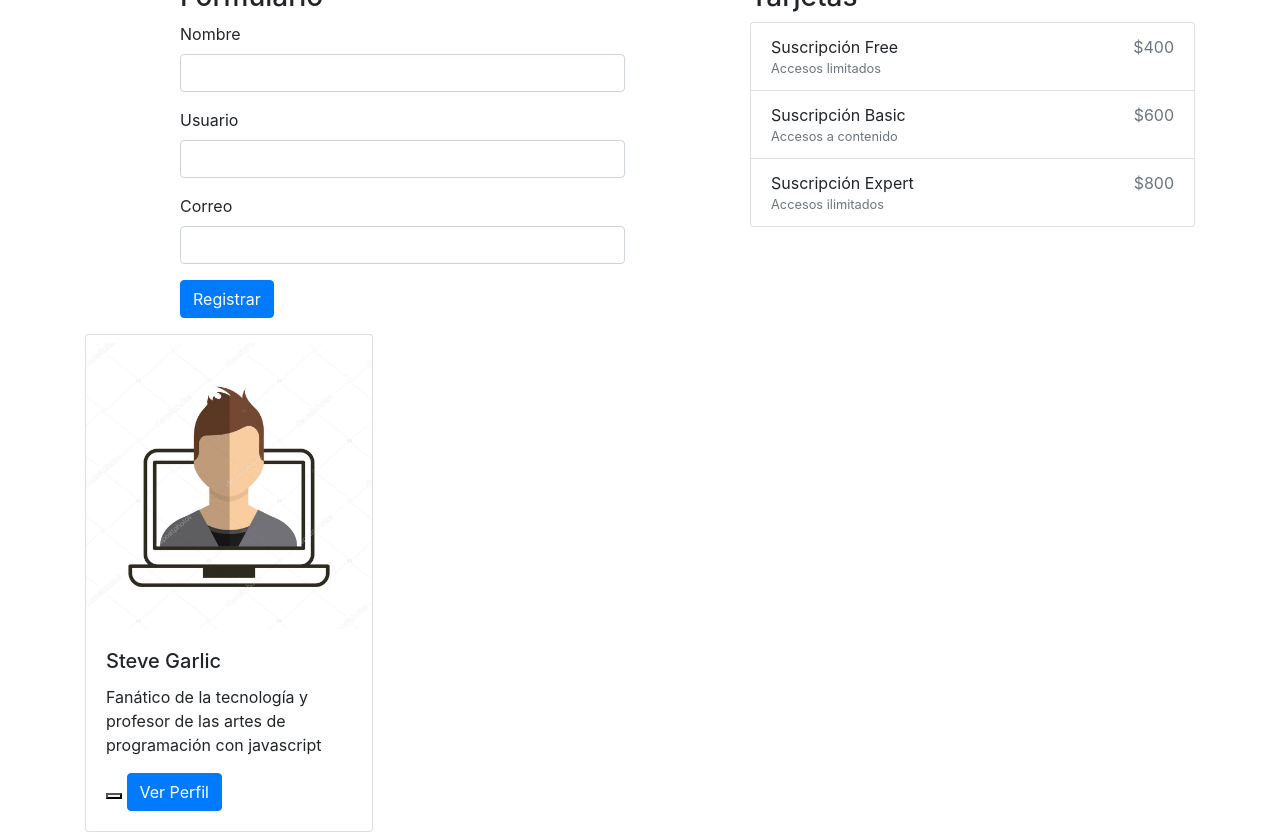
Repository: pedro-donoso/manipulacion-dom
Page: index.html
These files come from the project's save history. The page is drawn as it stood at one moment and after a run of saves; the edit follows.
The browser window is 1280 px wide. The pictures show the part of the page from y = 536 to 1374 px (the page is 1368 px tall before and 1374 px after).
A picture or video elsewhere on the page could not be fetched, so the positions and the page height are approximate.

Above is the page before, as saved 2024-02-06 01:34:47.

### index.html
<!doctype html>
<html lang="es">

<head>
    <!-- Required meta tags -->
    <meta charset="utf-8">
    <meta name="viewport" content="width=device-width, initial-scale=1, shrink-to-fit=no">

    <!-- Bootstrap CSS -->
    <link rel="stylesheet" href="https://cdn.jsdelivr.net/npm/bootstrap@4.3.1/dist/css/bootstrap.min.css"
        integrity="sha384-ggOyR0iXCbMQv3Xipma34MD+dH/1fQ784/j6cY/iJTQUOhcWr7x9JvoRxT2MZw1T" crossorigin="anonymous">

    <title>Manipulación del DOM</title>
</head>

<body>

    <main class="container">
        <!-- 1- AGREGO CLASE container PARA MANIPULAR ESTE PÁRRAFO -->
        <div class="row mt-5 text-center" id="contenedor">
            <div class="col-12 col-md-8 offset-md-2">
                <h1>Manipulación del DOM</h1>
                <p>
                    El DOM es una API definida para representar e interactuar con cualquier documento HTML. El DOM es un
                    modelo de documento que se carga en el navegador web y que representa el documento como un árbol de
                    nodos, en donde cada nodo representa una parte del documento (puede tratarse de un elemento, una
                    cadena de texto o un comentario)
                </p>
            </div>
        </div>
        <div class="row">
            <div class="col-12 col-md-5 offset-md-1">
                <h3>Formulario</h3>
                <!-- 15- CREO EVENTO onsubmit PARA CAPTURAR form, con la función modificarAutor (creada en app.js) para que reciba los datos -->
                <form onsubmit="modificarAutor(event)">
                    <label>Nombre</label>
                    <input type="text" class="form-control mb-3">
                    <label>Usuario</label>
                    <input type="text" class="form-control mb-3">
                    <label>Correo</label>
                    <input type="email" class="form-control mb-3">
                    <div>
                        <button class="btn btn-primary mb-3">Registrar</button>
                    </div>
                </form>
            </div>
            <div class="col-12 col-md-5 offset-md-1">
                <h3>Tarjetas</h3>
                <div class="card">
                    <ul class="list-group list-group-flush">
                        <li class="list-group-item d-flex justify-content-between">
                            <div class="d-flex flex-column">
                                <span>Suscripción Free</span>
                                <small class="text-muted">Accesos limitados</small>
                            </div>
                            <div>
                                <span class="text-muted">$400</span>
                            </div>
                        </li>
                        <li class="list-group-item d-flex justify-content-between">
                            <div class="d-flex flex-column">
                                <span>Suscripción Basic</span>
                                <small class="text-muted">Accesos a contenido</small>
                            </div>
                            <div>
                                <span class="text-muted">$600</span>
                            </div>
                        </li>
                        <li class="list-group-item d-flex justify-content-between">
                            <div class="d-flex flex-column">
                                <span>Suscripción Expert</span>
                                <small class="text-muted">Accesos ilimitados</small>
                            </div>
                            <div>
                                <span class="text-muted">$800</span>
                            </div>
                        </li>
                    </ul>
                </div>
            </div>
        </div>
        <!-- 8- AGREGO CARD -->
        <!-- 13- AGREGO ID PARA CAPTURAR CONTENEDOR -->
        <div class="row" id="contenedor_tarjeta">

        </div>
    </main>

    <!-- Optional JavaScript -->
    <!-- jQuery first, then Popper.js, then Bootstrap JS -->
    <script src="https://code.jquery.com/jquery-3.3.1.slim.min.js"
        integrity="sha384-q8i/X+965DzO0rT7abK41JStQIAqVgRVzpbzo5smXKp4YfRvH+8abtTE1Pi6jizo"
        crossorigin="anonymous"></script>
    <script src="https://cdn.jsdelivr.net/npm/popper.js@1.14.7/dist/umd/popper.min.js"
        integrity="sha384-UO2eT0CpHqdSJQ6hJty5KVphtPhzWj9WO1clHTMGa3JDZwrnQq4sF86dIHNDz0W1"
        crossorigin="anonymous"></script>
    <script src="https://cdn.jsdelivr.net/npm/bootstrap@4.3.1/dist/js/bootstrap.min.js"
        integrity="sha384-JjSmVgyd0p3pXB1rRibZUAYoIIy6OrQ6VrjIEaFf/nJGzIxFDsf4x0xIM+B07jRM"
        crossorigin="anonymous"></script>

    <script src="./app.js"></script>
</body>

</html>

### app.js
// 2- CREO VARIABLE PARA MANIPULAR HTML
let contenedor = document.querySelector("#contenedor");

// 3- CREAR ELEMENTO SUBTITULO Y LE AGREGO PROPIEDADES
let subtitulo = document.createElement("h2");
subtitulo.innerText = "Árbol de nodos";

// 4- OBTENER EL CUERPO DEL DOCUMENTO
let body = document.body;

// 5- AGREGAR EL NUEVO ELEMENTO AL CUERPO DEL DOCUMENTO
body.appendChild(subtitulo);

// 6- AGREGO IMAGEN
let imagen = document.createElement("img");
imagen.src="https://www.freecodecamp.org/news/content/images/2021/09/Document.jpg";
imagen.width="400";
imagen.alt="árbol de nodos";

// 7- AGREGO ELEMENTOS AL CONTENEDOR
contenedor.append(subtitulo,imagen)

// 13- AGREGO CONSTRUCTOR
const autor={
    nombre:'Steve Garlic',
    descripcion:'Fanático de la tecnología y profesor de las artes de programación con javascript',
    imagen:'./img/icono.jpg'
}

// 9- CREO ESTRUCTURA DEL CODIGO
let columnaTarjeta = document.createElement('div')
columnaTarjeta.className='col'

// 10- CREO TEMPLATE STRING DEL CONTENIDO DE LA TARJETA AUTOR
// 14- AGREGO DATOS DEL CONSTRUCTOR (13)
let tarjetaAutor = ` <div class="card" style="width: 18rem;">
        <img class="card-img-top pt-2" src="${autor.imagen}" alt="Card image cap">
        <div class="card-body">
            <h5 class="card-title">${autor.nombre}</h5>
            <p class="card-text">${autor.descripcion}</p>
            <button></button>
            <a href="#" class="btn btn-primary">Ver Perfil</a>
        </div>
    </div>`;

    // 11- AGREGO TEMPLATE STRING A columnaTarjeta (HIJO)
    columnaTarjeta.innerHTML = tarjetaAutor;

    // 12- AGREGO columnaTarjeta AL CONTENEDOR (PADRE) MEDIANTE LA SELECCIÓN DEL ID #contenedor_tarjeta
    document.querySelector("#contenedor_tarjeta").append(columnaTarjeta)

    // 16- Creo constante modificarAutor para agregarla al form en index.html, la función recibirá un evento
    const modificarAutor=(event)=>{
        console.log(event);
        event.preventDefault();
    }

After the next 2 saves:
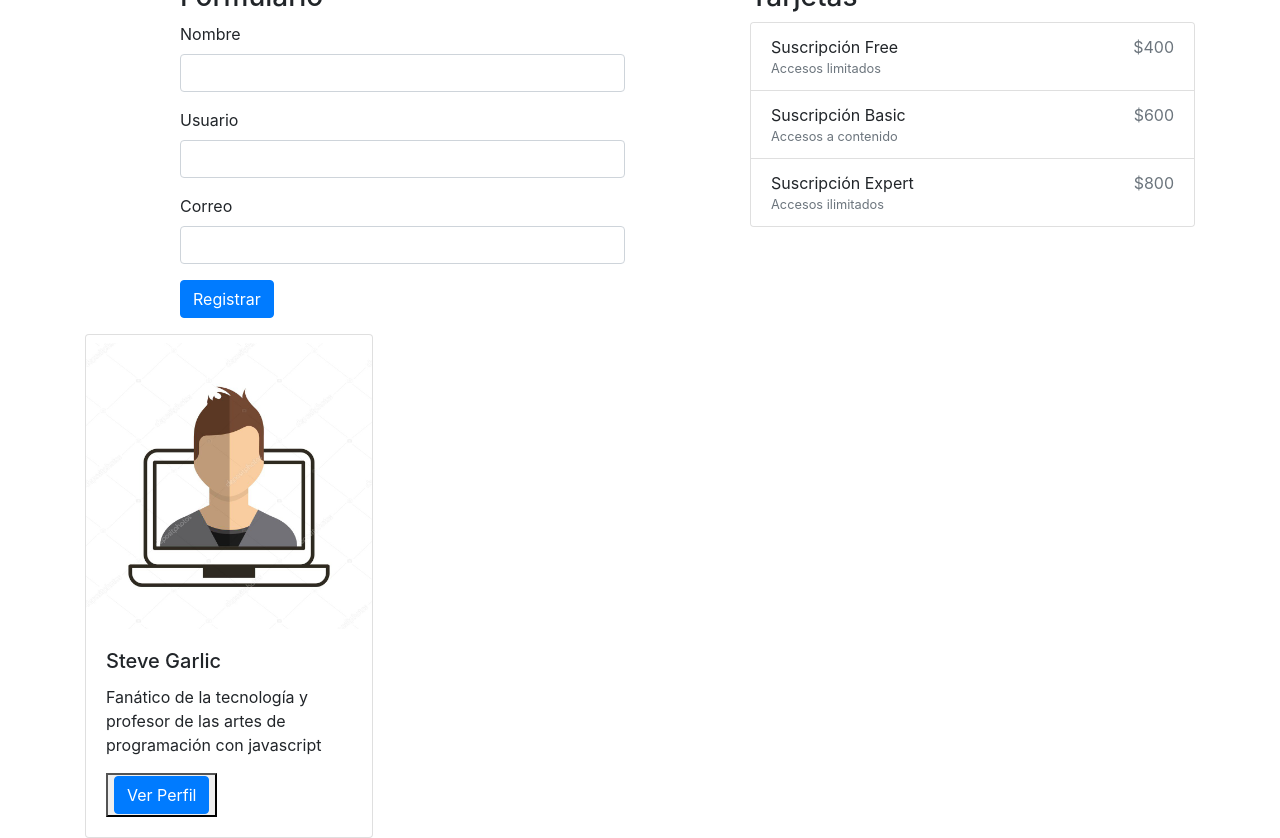
The 2 saves are shown as one change because they came seconds apart.
The last was saved 9 s later.
--- a/app.js
+++ b/app.js
@@ -38,8 +38,7 @@ let tarjetaAutor = ` <div class="card" style="width: 18rem;">
         <div class="card-body">
             <h5 class="card-title">${autor.nombre}</h5>
             <p class="card-text">${autor.descripcion}</p>
-            <button></button>
-            <a href="#" class="btn btn-primary">Ver Perfil</a>
+            <button><a href="#" class="btn btn-primary">Ver Perfil</a></button>
         </div>
     </div>`;
 
